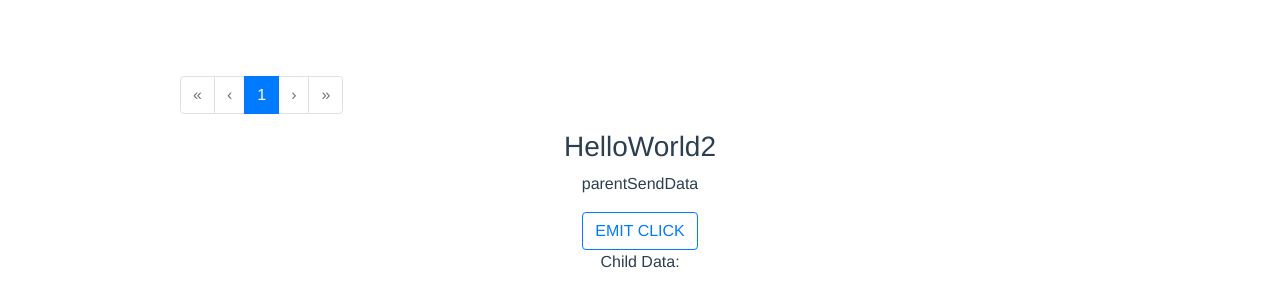
Repository: iian0910/bootstrapVue-demo
Page: /#/
An editor plug-in stored every save of this project. The page is shown before and after the next save, followed by the edit.
The browser window is 1280 px wide. The pictures show the whole page.
The page's requests for data from a server got no answer. The project was rebuilt for these pictures with package versions that can differ from the ones it lists, and the page was loaded fresh each time. No one was signed in, and anything a server would have sent is missing.

Above is the page before, as saved 2021-04-26 12:29:54.

After the next save:
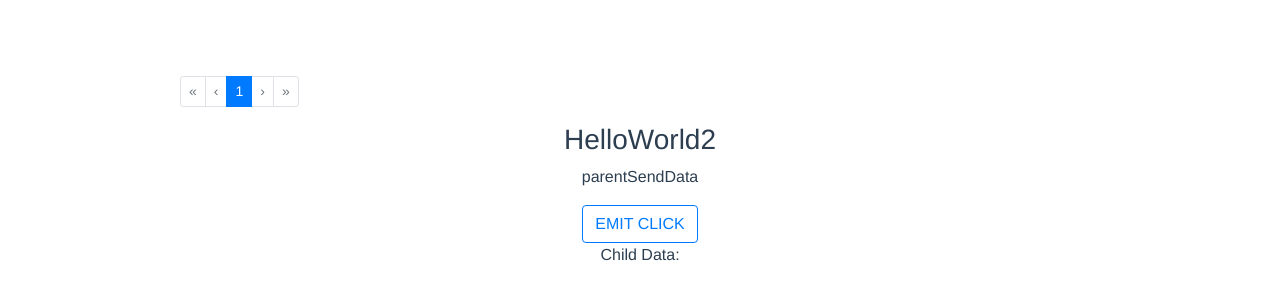
Saved 40 s later.
--- a/src/components/HelloWorld.vue
+++ b/src/components/HelloWorld.vue
@@ -27,6 +27,7 @@
             :per-page="perPage"
             aria-controls="my-table"
             @click.native="sliceData(currentPage)"
+            size="sm"
           ></b-pagination>
         </div>
       </div>
